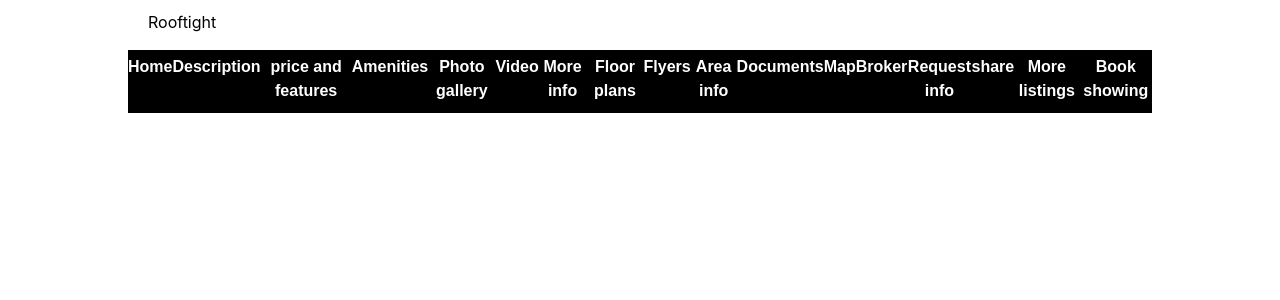
Repository: TMuse333/real-estate-landingpage
Page: /
These files come from the project's save history. The page is drawn as it stood at one moment and after the next save; the edit follows.
The browser window is 1280 px wide. The pictures show the whole page.
The project was rebuilt for these pictures with package versions that can differ from the ones it lists, and the page was loaded fresh each time. Also part of the build but not shown: vite.config.js.

Above is the page before, as saved 2023-09-19 16:52:12.

### src/App.jsx
import { useState } from 'react'

import './App.css'

import Navbar from './components/navbar'

function App() {


  return (
    <>
    <Navbar/>
    </>
  )
}

export default App

### src/App.css
.header-container{
  display: flex;
  justify-content: space-between;
  align-items: center;
  width: 100vw;
  position: fixed;
  top:0px;
  background-color: white;
  height: 40px;
 }

  .nav-list{

  list-style: none;
padding: 0;
  padding-bottom: 10px;
  margin: 0;

position: absolute;
top:50px;
background-color: black;
width: 100vw;
  color: white;

}

.nav-list li{
  margin-top: 5px;
 font-family: Arial, Helvetica, sans-serif;
  font-weight: bold;
}

.list-container {
  position: absolute;
  top:0px;
  display: flex;
  flex-direction: column;
  align-items: center;
  text-align: center;
  color: black;
  background-color:white;
  height:50px;
  width: 100vw;
}

.nav-button{
  position: relative;
  background-color: white;
  z-index: 100;
  color: none;
  position: absolute;
  right:20px;
  top:5px;

}

.hamburger-icon {
  width: 30px; /* Adjust the width as needed */
  height: 24px; /* Adjust the height as needed */
  display: flex;
  flex-direction: column;
  justify-content: space-between;
}

.line {
  width: 100%;
  height: 4px; /* Adjust the height as needed */
  background-color: #333; /* Adjust the color as needed */
}

.title{
  position: absolute;
  left:20px;
  top:10px;
}

@media screen and (min-width: 415px) and (min-height: 415px){
  .header-container{
    display: flex;
    justify-content: space-between;
    align-items: center;
    width: 100vw;
    position: fixed;
    top: 50px;
    background: linear-gradient(to right, #F4A460, #FF8C00);
height: max-content;
gap:10px;
   }

   .list-container {
    position: absolute;

 flex-wrap: wrap;
    justify-content:space-around;
    left: 50%;
    transform: translateX(-50%);
    width: 80%;
    margin-bottom:100px;
  }

  .nav-list{
    display: flex;


    width: 100%;
  }

  .nav-button{
    display: none;
  }

  }

### src/components/navbar.jsx
import React, { useState,useEffect } from 'react';




const Navbar = () => {
  const [subMenuVisible, setSubMenuVisible] = useState(false);

  const toggleSubMenu = () => {
    setSubMenuVisible(!subMenuVisible);
  };

  const scrollToSection = (sectionId) => {

    const element = document.getElementById(sectionId);
    if (element) {

      element.scrollIntoView({
        behavior: 'smooth', // Smooth scrolling
        block: 'start',    // Scroll to the top of the element
      });
    }
  }

  useEffect(() => {
    // Function to update sub-menu visibility when the screen width changes
    const handleResize = () => {
      const screenWidth = window.innerWidth;
      setSubMenuVisible(screenWidth >= 415); // Set subMenuVisible to true if screen width is at least 415 pixels
    };

    // Add a resize event listener to update the sub-menu visibility
    window.addEventListener('resize', handleResize);

    // Initial call to set sub-menu visibility based on current screen width
    handleResize();

    // Clean up the event listener when the component unmounts
    return () => {
      window.removeEventListener('resize', handleResize);
    };
  }, []);

  const style = {

    opacity: subMenuVisible ? 1 : 0
    ,transition: 'opacity 0.5s ease'

  };

  return (


      <div className='list-container'>

        <div className='title'>Rooftight</div>
        <button onClick={toggleSubMenu} className='nav-button'>
        <div class="hamburger-icon">
    <div class="line"></div>
    <div class="line"></div>
    <div class="line"></div>
  </div>
        </button>
        <ul style={style} className='nav-list'>

          <li onClick={()=>scrollToSection('about')}>Home</li>

          <li onClick={()=>scrollToSection('description')}>Description</li>

          <li onClick={()=>scrollToSection('price')}>price and features</li>

          <li onClick={()=>scrollToSection('amenities')}>Amenities</li>

          <li onClick={()=>scrollToSection('photo-gallery')}>Photo gallery</li>

          <li onClick={()=>scrollToSection('video')}>Video</li>

          <li onClick={()=>scrollToSection('more-info')}>More info</li>

          <li onClick={()=>scrollToSection('floor-plans')}>Floor plans</li>

          <li onClick={()=>scrollToSection('flyers')}>Flyers</li>

          <li onClick={()=>scrollToSection('area-info')}>Area info</li>

          <li onClick={()=>scrollToSection('document')}>Documents</li>

          <li onClick={()=>scrollToSection('map')}>Map</li>

          <li onClick={()=>scrollToSection('broker')}>Broker</li>

          <li onClick={()=>scrollToSection('request-info')}>Request info</li>

          <li onClick={()=>scrollToSection('share')}>share</li>

          <li onClick={()=>scrollToSection('more-listings')}>More listings</li>

          <li onClick={()=>scrollToSection('book-showing')}>Book showing</li>





        </ul>
      </div>

  );
};

export default Navbar;

Loaded but not shown: index.html (common file); src/main.jsx (common file); src/index.css (common file)

After the next save:
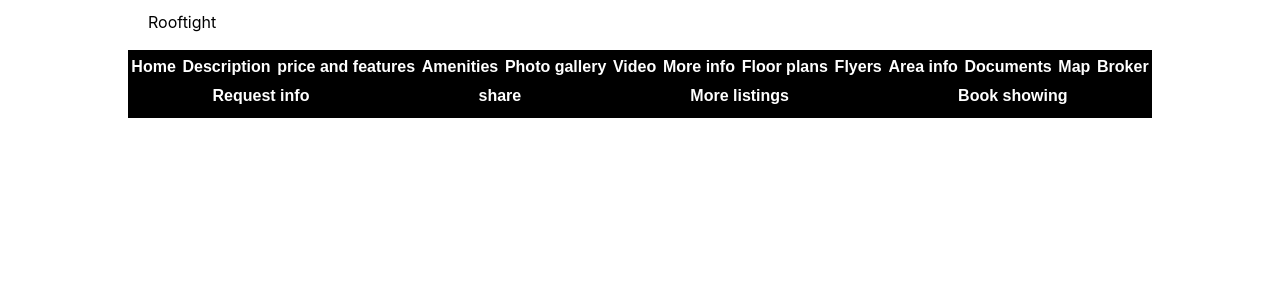
Saved 29 s later.
--- a/src/App.css
+++ b/src/App.css
@@ -100,7 +100,8 @@ gap:10px;
 
   .nav-list{
     display: flex;
-
+    flex-wrap: wrap; /* Allow items to wrap to the next row */
+    justify-content: space-around;
 
     width: 100%;
   }
